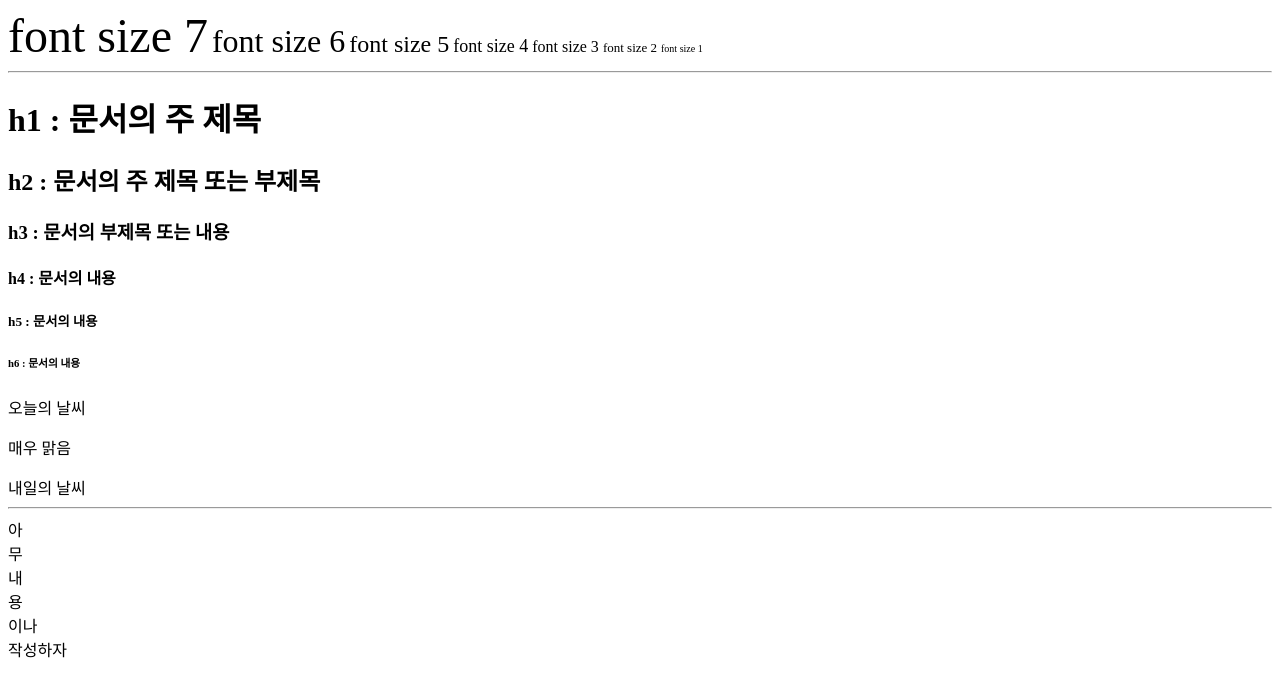
Repository: thswlsqls/JspWorkspace
Page: html/ex01.html
These files come from the project's save history. The page is drawn as it stood at one moment and after the next save; the edit follows.
The browser window is 1280 px wide. The pictures show the whole page.

Above is the page before, as saved 2021-04-09 08:02:33.

After the next save:
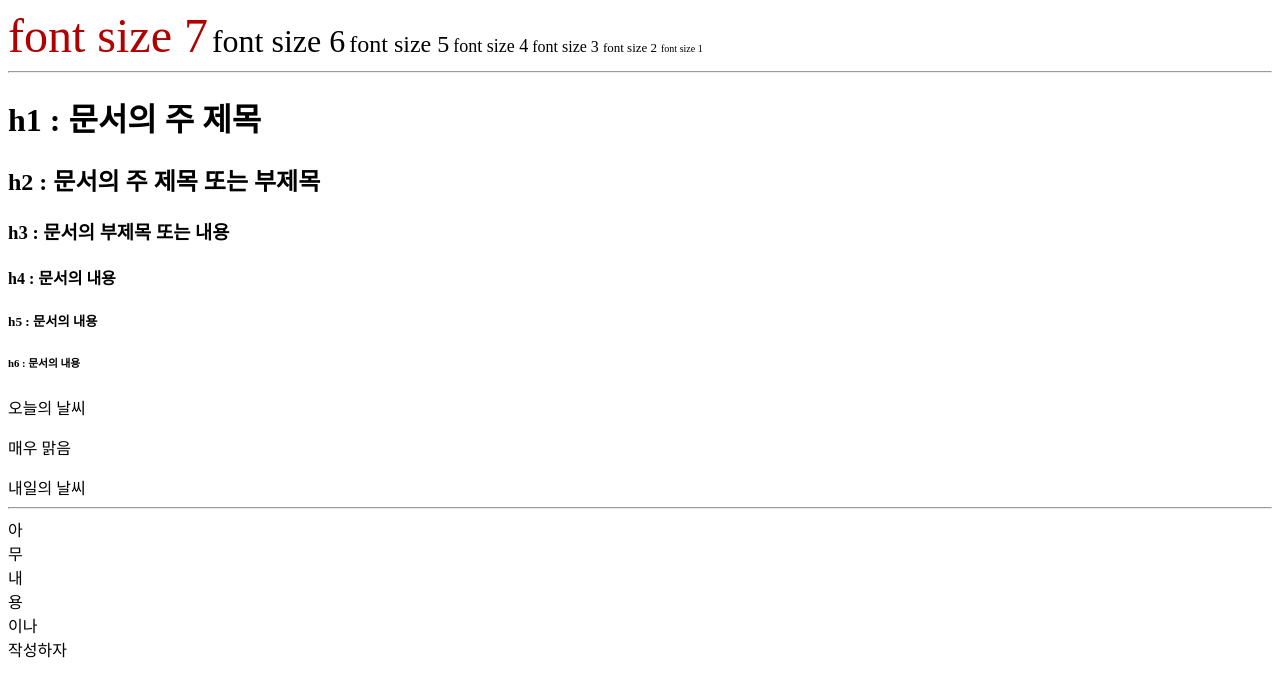
Saved 25 s later.
--- a/html/ex01.html
+++ b/html/ex01.html
@@ -8,7 +8,7 @@
 <body text="white" bgcolor="black">
  -->
 <body>
-	<font size="7">font size 7</font>
+	<font size="7" color="blut" face="궁서체">font size 7</font>
 	<font size="6">font size 6</font>
 	<font size="5">font size 5</font>
 	<font size="4">font size 4</font>
